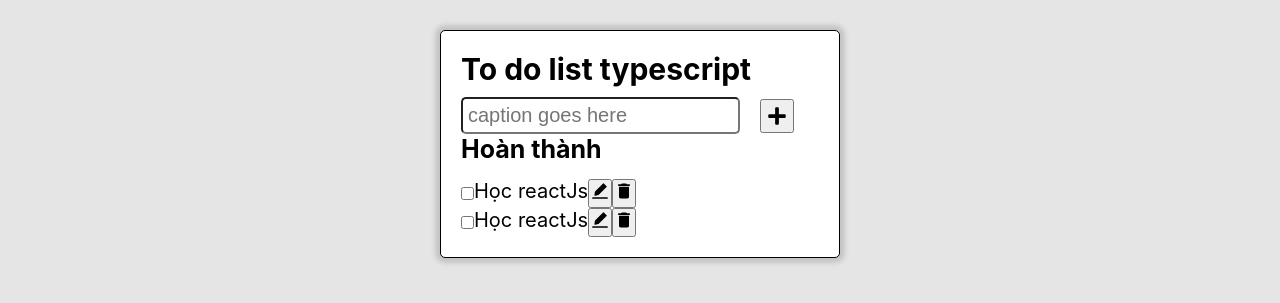
Repository: Nhatktvn/TodoListReactTs
Page: /
These files come from the project's save history. The page is drawn as it stood at one moment and after the next save; the edit follows.
The browser window is 1280 px wide. The pictures show the whole page.
The project was rebuilt for these pictures with package versions that can differ from the ones it lists, and the page was loaded fresh each time.

Above is the page before, as saved 2023-11-08 08:59:38.

After the next save:
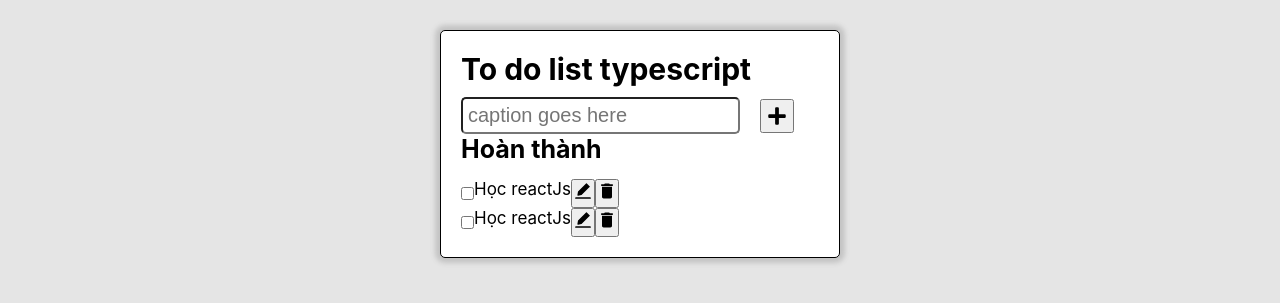
Saved 8 s later.
--- a/src/components/TaskList/tasklist.module.scss
+++ b/src/components/TaskList/tasklist.module.scss
@@ -5,7 +5,7 @@
 .tasks {
   .task {
     span {
-      font-size: 2rem;
+      font-size: 1.7rem;
     }
     display: flex;
   }
